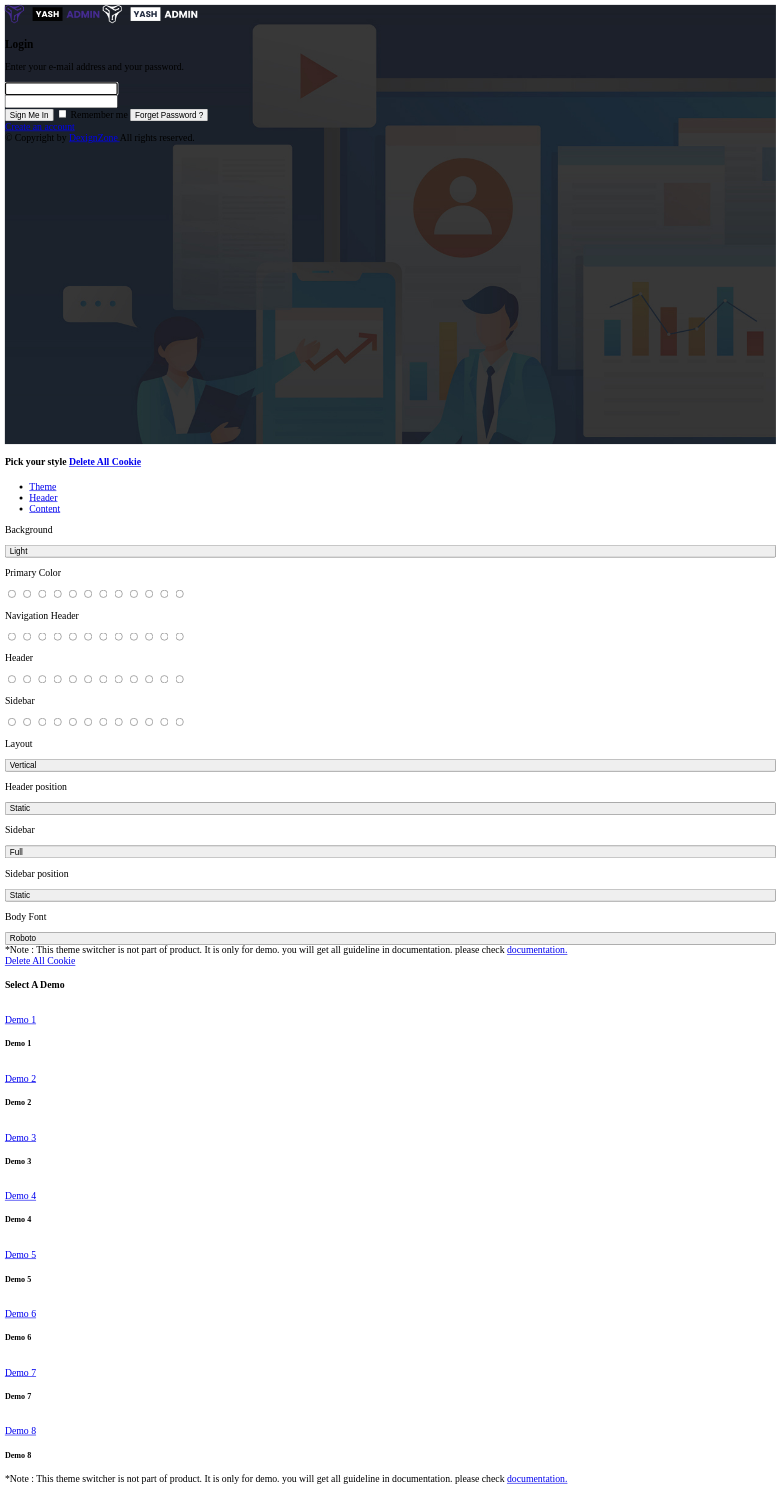
Repository: greatchriz/shipery
Page: http://localhost/login
An editor plug-in stored every save of this project. The page is shown before and after the next save, followed by the edit.
The browser window is 1280 px wide. The pictures show the whole page, at 61% of full size.
The page is served by the project's Laravel application, run on PHP 8.4 with Laravel 10.

Above is the page before, as saved 2024-01-27 17:01:03.

After the next save:
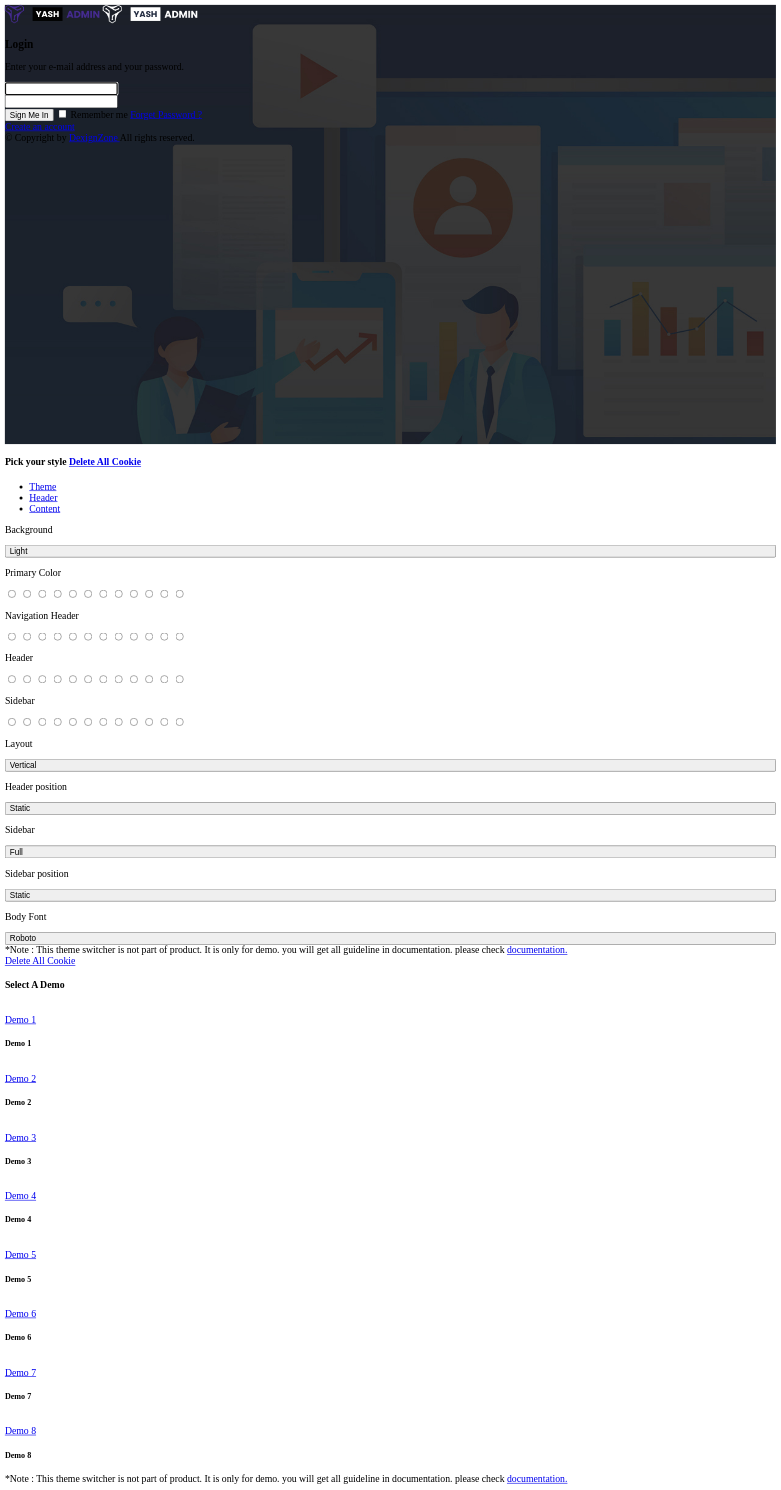
Saved 92 s later.
--- a/resources/views/auth/login.blade.php
+++ b/resources/views/auth/login.blade.php
@@ -34,7 +34,7 @@
                     <input type="checkbox" class="form-check-input" id="check1" name="example1">
                     <label class="form-check-label" for="check1">Remember me</label>
                 </span>
-                <button class="nav-link m-auto btn tp-btn-light btn-primary forget-tab " id="nav-forget-tab" data-bs-toggle="tab" data-bs-target="#nav-forget" type="button" role="tab" aria-controls="nav-forget" aria-selected="false">Forget Password ?</button>
+                <a href="{{ route('password.request') }}" class="nav-link m-auto btn tp-btn-light btn-primary forget-tab ">Forget Password ?</a>
             </div>
 
         </form>
